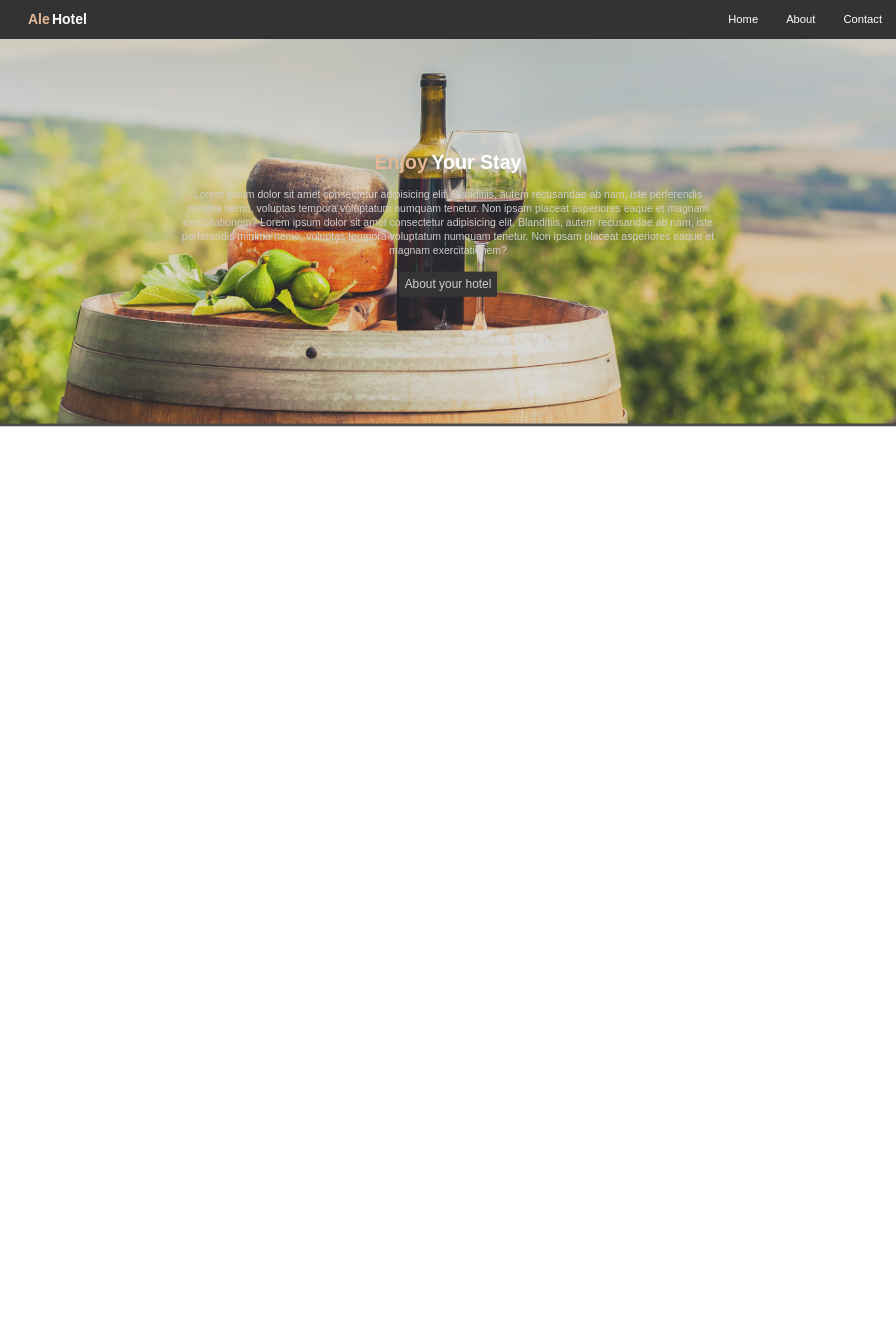
Repository: Ngoc28/HTML-CSS
Page: aleHoltel/index.html
The author's editor kept a copy of each file at every save. The page is drawn from the files as they stood at one save, then again after the next save.
The browser window is 1280 px wide. The pictures show the part of the page from y = 0 to 1920 px (the page is 5055 px tall), at 70% of full size.

Above is the page before, as saved 2023-08-06 00:24:13.

### aleHoltel/index.html
<!DOCTYPE html>
<html lang="en">
<head>
    <meta charset="UTF-8">
    <meta name="viewport" content="width=device-width, initial-scale=1.0">
    <title>Ale Hotel</title>
    <link rel="stylesheet" href="./style.css">
</head>
<body>
    <header>
        <div class="header-logo">
            <h1 class="heading">Ale<span>Hotel</span></h1>
        </div>
        <nav class="header-nav">
            <ul class="nav-link">
                <li class="nav-item"><a href="">Home</a></li>
                <li class="nav-item"><a href="">About</a></li>
                <li class="nav-item"><a href="">Contact</a></li>
            </ul>
        </nav>
    </header>
    <main>
        <div class="container">
            <div class="about">
                <div class="about-img">
                    <img src="./img/banner1.jpg" alt="About us" height="550px" width="100%">
                </div>
                <div class="about-introduce">
                    <h1 class="about-heading">Enjoy<span>Your Stay</span></h1>
                    <p class="about-text">
                        Lorem ipsum dolor sit amet consectetur adipisicing elit. Blanditiis, autem recusandae ab nam, iste perferendis minima nemo, voluptas tempora voluptatum numquam tenetur. Non ipsam placeat asperiores eaque et magnam exercitationem?
                        Lorem ipsum dolor sit amet consectetur adipisicing elit. Blanditiis, autem recusandae ab nam, iste perferendis minima nemo, voluptas tempora voluptatum numquam tenetur. Non ipsam placeat asperiores eaque et magnam exercitationem?
                    </p>
                    <button class="about-btn">About your hotel</button>
                </div>
            </div>

            <div class="history">
                <div class="history-img">

                </div>
                <div class="myHistory">

                </div>
            </div>
        </div>
    </main>
</body>
</html>

### aleHoltel/style.css
*{
    margin: 0;
    padding: 0;
    box-sizing: border-box;
}

body {
    font-family:Arial, Helvetica, sans-serif;
}

header {
    position: fixed;
    z-index: 100;
    width: 100%;
    display: flex;
    justify-content: space-between;
    align-items: center;
    background-color: #333333;
    height: 55px;
}

.header-logo {

}

.header-logo > .heading {
    padding: 15px 40px;
    font-size: 20px;
    color: #e5b895;
}

.heading span {
    color: #fff;
    padding-left: 3px;
}

.header-nav {
    display: block;
}

.nav-link {
    display: flex;
}

.nav-item {
    display: block;
}

.nav-item a {
    padding: 0 20px;
    color: #fff;
    text-decoration: none;
    display: block;
    line-height: 55px;
}

.nav-item a:hover {
    background: #bd0a0a;
}

/* Container */
main {
    padding-top: 55px;

}

.container {
    min-height: 5000px;
}

.about {

}

.about-img {
    position: relative;
    top: 0;
    left: 0;
    right: 0;
    background: rgba(0, 0, 0, 0.7);
    /* z-index: 1; */
}

.about-img img {

    opacity: .8;
    /* bottom: 53px; */
    object-fit: cover;
}


.about-introduce {
    position: absolute;
    top: 30%;
    left: 0;
    right: 0;
    bottom: 0;
    margin: 0 auto;
    width: 60%;
    text-align: center;

}

.about-heading {
    color: #e5b895;
    font-size: 28px;
    font-weight: 600;
}

.about-heading span {
    color: #fff;
    padding-left: 5px;
}

.about-text {
    padding: 20px 0;
    font-size: 15px;
    color: #d1cece;
    line-height: 20px;
}

.about-btn {
    background: #343436;
    color: #d1cece;
    padding: 8px;
    font-size: 17px;
    border: none;
    cursor: pointer;
}

.about-btn:hover {
    background-color: #1d1d1e;
    transition: ease .4;
}

After the next save:
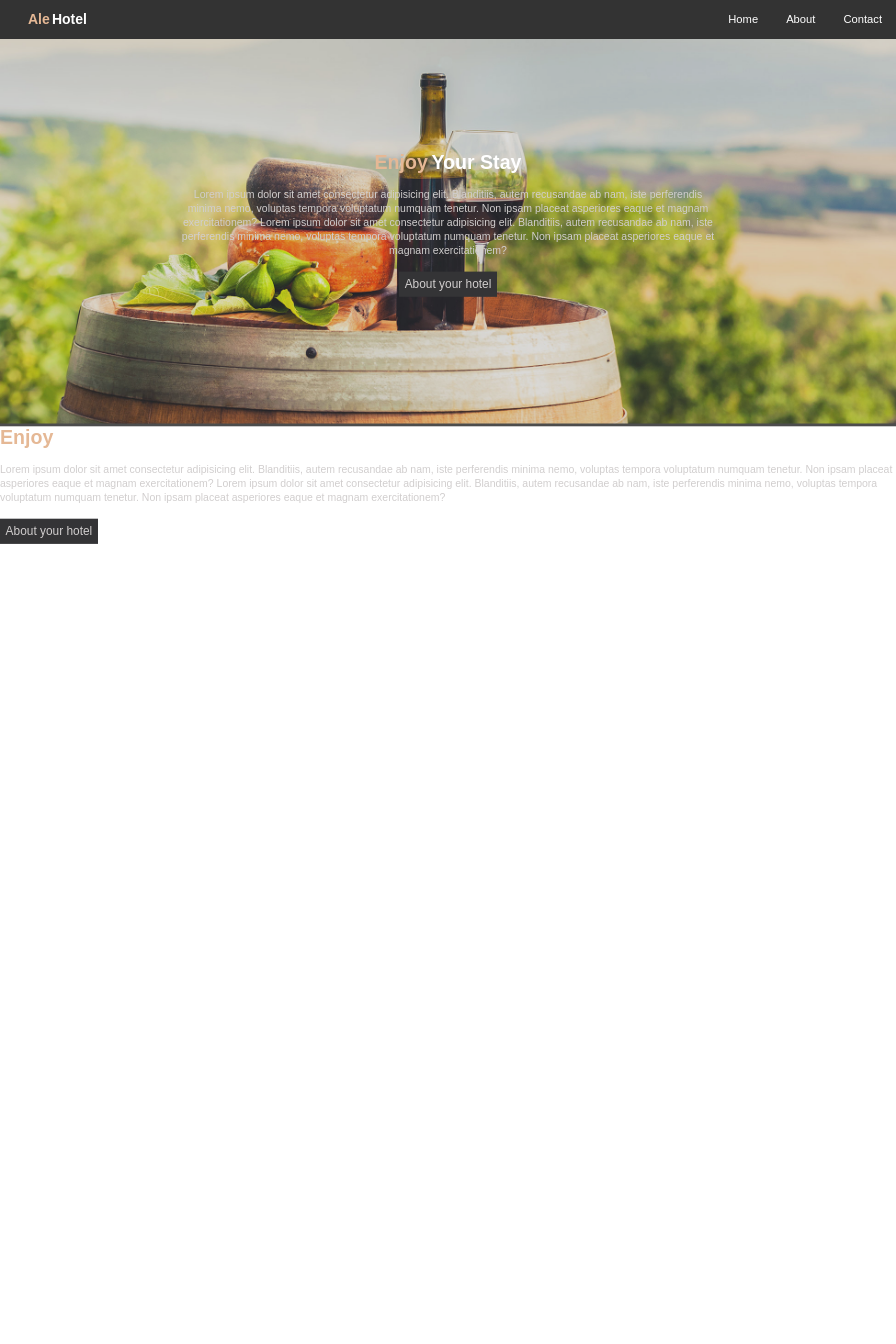
Saved 28 s later.
--- a/aleHoltel/index.html
+++ b/aleHoltel/index.html
@@ -40,7 +40,12 @@
 
                 </div>
                 <div class="myHistory">
-
+                    <h1 class="about-heading">Enjoy<span>Your Stay</span></h1>
+                    <p class="about-text">
+                        Lorem ipsum dolor sit amet consectetur adipisicing elit. Blanditiis, autem recusandae ab nam, iste perferendis minima nemo, voluptas tempora voluptatum numquam tenetur. Non ipsam placeat asperiores eaque et magnam exercitationem?
+                        Lorem ipsum dolor sit amet consectetur adipisicing elit. Blanditiis, autem recusandae ab nam, iste perferendis minima nemo, voluptas tempora voluptatum numquam tenetur. Non ipsam placeat asperiores eaque et magnam exercitationem?
+                    </p>
+                    <button class="about-btn">About your hotel</button>
                 </div>
             </div>
         </div>
